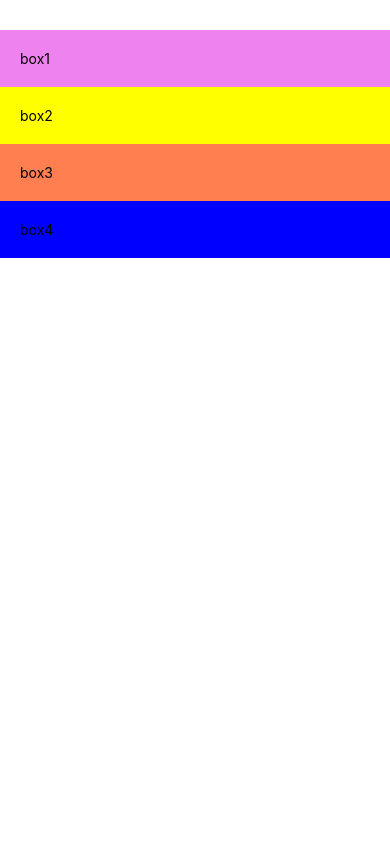
Repository: shiv0403/React-native-tutorial
Screen: /
The author's editor kept a copy of each file at every save. The screen is drawn from the files as they stood at one save, then again after the next save.
The app was drawn by React Native's web renderer in a window 390 px wide. The project was rebuilt for these pictures with package versions that can differ from the ones it lists, and the page was loaded fresh each time. Also part of the build but not shown: components/AddTodo.js, components/Header.js, components/TodoItem.js.

Above is the screen before, as saved 2021-02-11 11:23:16.

### App.js
import React, { useState } from "react";
import {
  Alert,
  FlatList,
  StyleSheet,
  TouchableWithoutFeedback,
  View,
  Keyboard,
} from "react-native";
import AddTodo from "./components/AddTodo";
import Flex from "./components/Flex";
import Header from "./components/Header";
import TodoItem from "./components/TodoItem";

export default function App() {
  const [todo, setTodo] = useState([
    { text: "wake up", key: "1" },
    { text: "eat breakfast", key: "2" },
    { text: "exercise", key: "3" },
    { text: "study", key: "4" },
    { text: "sleep", key: "5" },
  ]);

  const handleDelete = (key) => {
    setTodo((todos) => {
      return todos.filter((todo) => todo.key != key);
    });
  };

  const handleSubmit = (text) => {
    if (text.length > 3) {
      setTodo((todos) => {
        return [{ text: text, key: Math.random().toString() }, ...todos];
      });
    } else {
      Alert.alert("OOPS!", "Task lenght must be over 3 chars", [
        { text: "Understood", onPress: () => console.log("Alert Closed") },
      ]);
    }
  };

  return (
    <Flex />
    // <TouchableWithoutFeedback
    //   onPress={() => {
    //     Keyboard.dismiss();
    //   }}
    // >
    //   <View style={styles.container}>
    //     <Header />
    //     <View style={styles.content}>
    //       <AddTodo handleSubmit={handleSubmit} />
    //       <View style={styles.list}>
    //         <FlatList
    //           data={todo}
    //           keyExtractor={(item) => item.key}
    //           renderItem={({ item }) => {
    //             return <TodoItem item={item} handleDelete={handleDelete} />;
    //           }}
    //         />
    //       </View>
    //     </View>
    //   </View>
    // </TouchableWithoutFeedback>
  );
}

const styles = StyleSheet.create({
  container: {
    flex: 1,
    backgroundColor: "#fff",
    marginTop: 30,
  },
  list: {
    margin: 20,
  },
});

### components/Flex.js
import React from "react";
import { StyleSheet, View, Text } from "react-native";

export default function Flex() {
  return (
    <View style={styles.flex}>
      <Text style={styles.box1}>box1</Text>
      <Text style={styles.box2}>box2</Text>
      <Text style={styles.box3}>box3</Text>
      <Text style={styles.box4}>box4</Text>
    </View>
  );
}

const styles = StyleSheet.create({
  flex: {
    display: "flex",
    marginTop: 30,
  },
  box1: {
    backgroundColor: "violet",
    padding: 20,
  },
  box2: {
    backgroundColor: "yellow",
    padding: 20,
  },
  box3: {
    backgroundColor: "coral",
    padding: 20,
  },
  box4: {
    backgroundColor: "blue",
    padding: 20,
  },
});

After the next save:
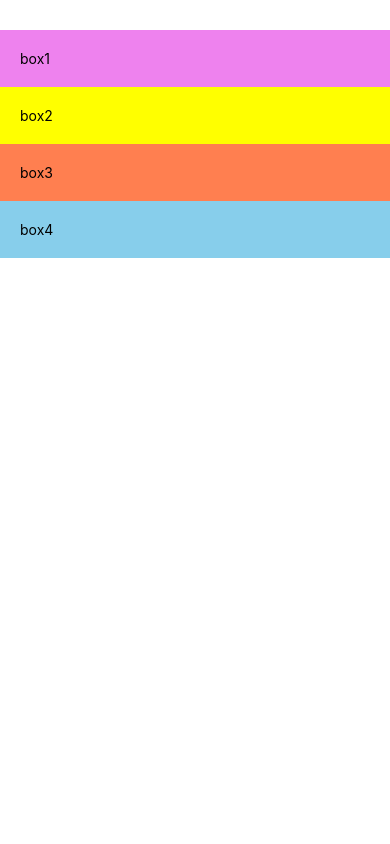
Saved 7 s later.
--- a/components/Flex.js
+++ b/components/Flex.js
@@ -30,7 +30,7 @@ const styles = StyleSheet.create({
     padding: 20,
   },
   box4: {
-    backgroundColor: "blue",
+    backgroundColor: "skyblue",
     padding: 20,
   },
 });
